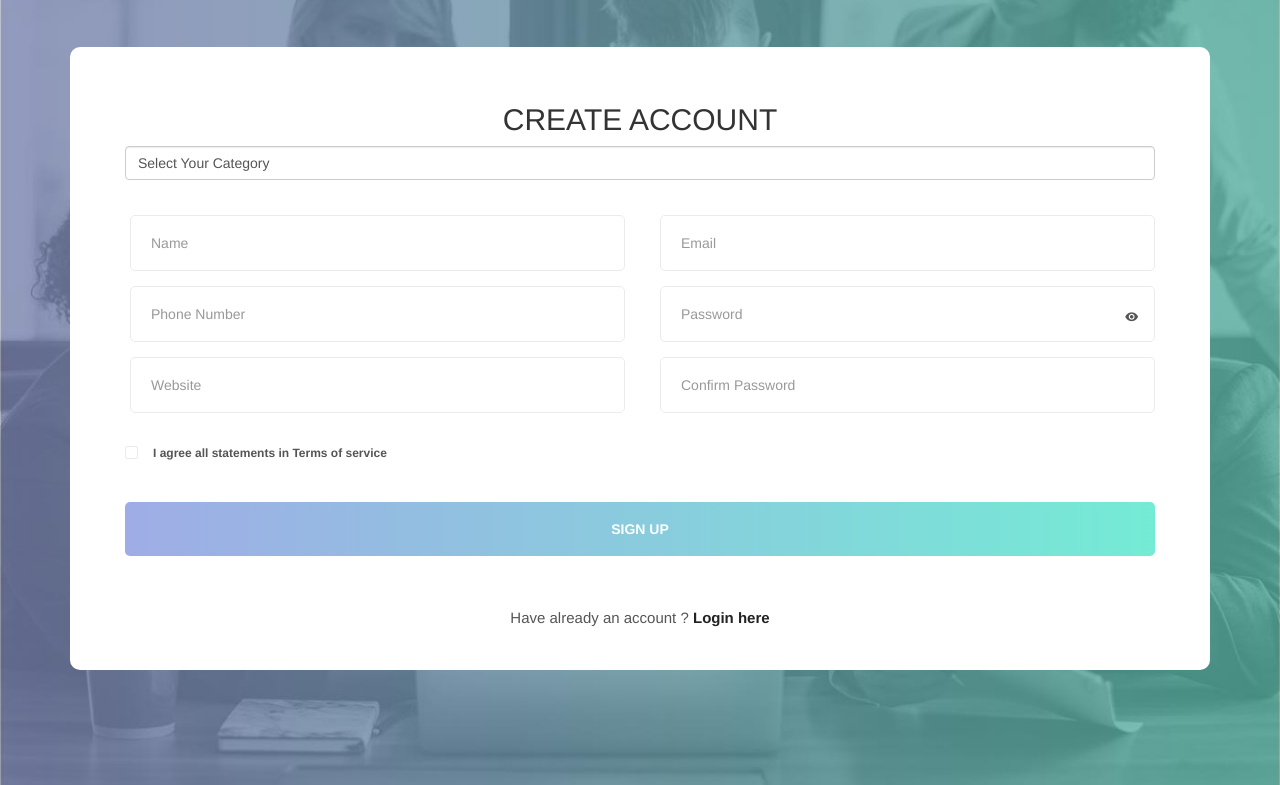
Repository: zainbt/Career_Bridge
Page: static/register/register.html
An editor plug-in stored every save of this project. The page is shown before and after the next save, followed by the edit.
The browser window is 1280 px wide. The pictures show the whole page.

Above is the page before, as saved 2019-11-18 18:42:30.

After the next save:
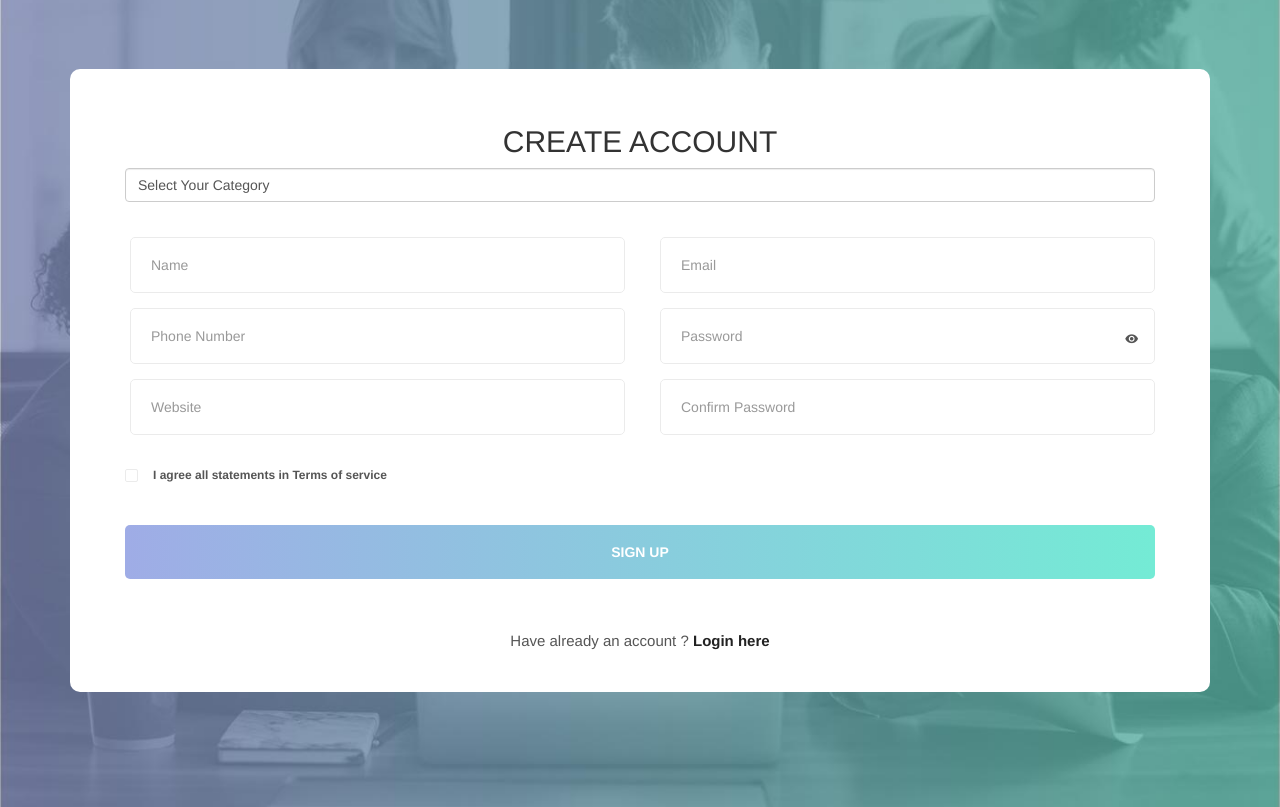
Saved 9 s later.
--- a/static/register/css/style.css
+++ b/static/register/css/style.css
@@ -245,7 +245,7 @@ body {
 
 .signup-content {
     position: relative;
-    margin-top: -6%;
+    margin-top: -4%;
     background: #fff;
     border-radius: 10px;
     -moz-border-radius: 10px;
